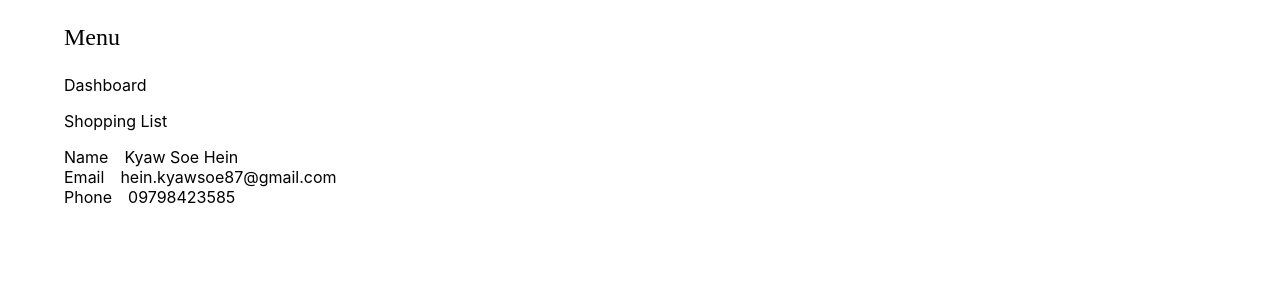
Repository: KyawSoeHein/GoogleAuthReact
Page: /
An editor plug-in stored every save of this project. The page is shown before and after the next save, followed by the edit.
The browser window is 1280 px wide. The pictures show the whole page.
The project was rebuilt for these pictures with package versions that can differ from the ones it lists, and the page was loaded fresh each time.

Above is the page before, as saved 2022-02-14 19:02:56.

After the next save:
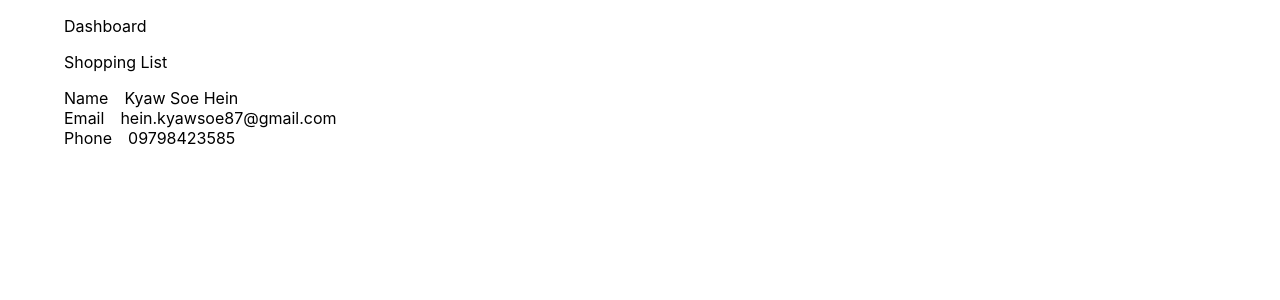
Saved 6 s later.
--- a/src/Components/MenuSelection.tsx
+++ b/src/Components/MenuSelection.tsx
@@ -5,8 +5,6 @@ import "../App.css";
 const MenuSelection = () => {
   return (
     <div>
-      <p className="menuSelectionTitle">Menu</p>
-
       <p>Dashboard</p>
       <p>Shopping List</p>
     </div>
